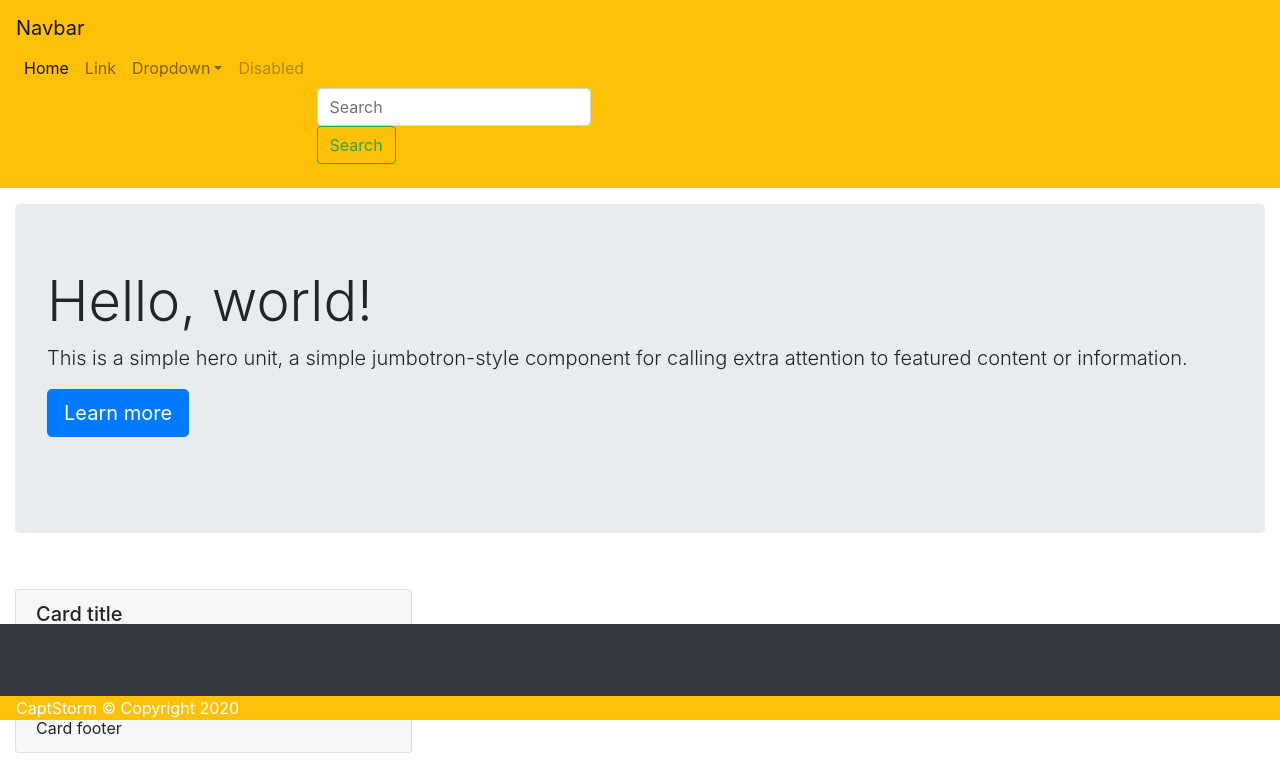
Repository: CaptainStorm21/complete-react16-bootstrap-passing-props
Page: /
The author's editor kept a copy of each file at every save. The page is drawn from the files as they stood at one save, then again after a run of saves.
The browser window is 1280 px wide. The pictures show the whole page.
The project was rebuilt for these pictures with package versions that can differ from the ones it lists, and the page was loaded fresh each time.

Above is the page before, as saved 2020-04-23 14:30:49.

After the next 2 saves:
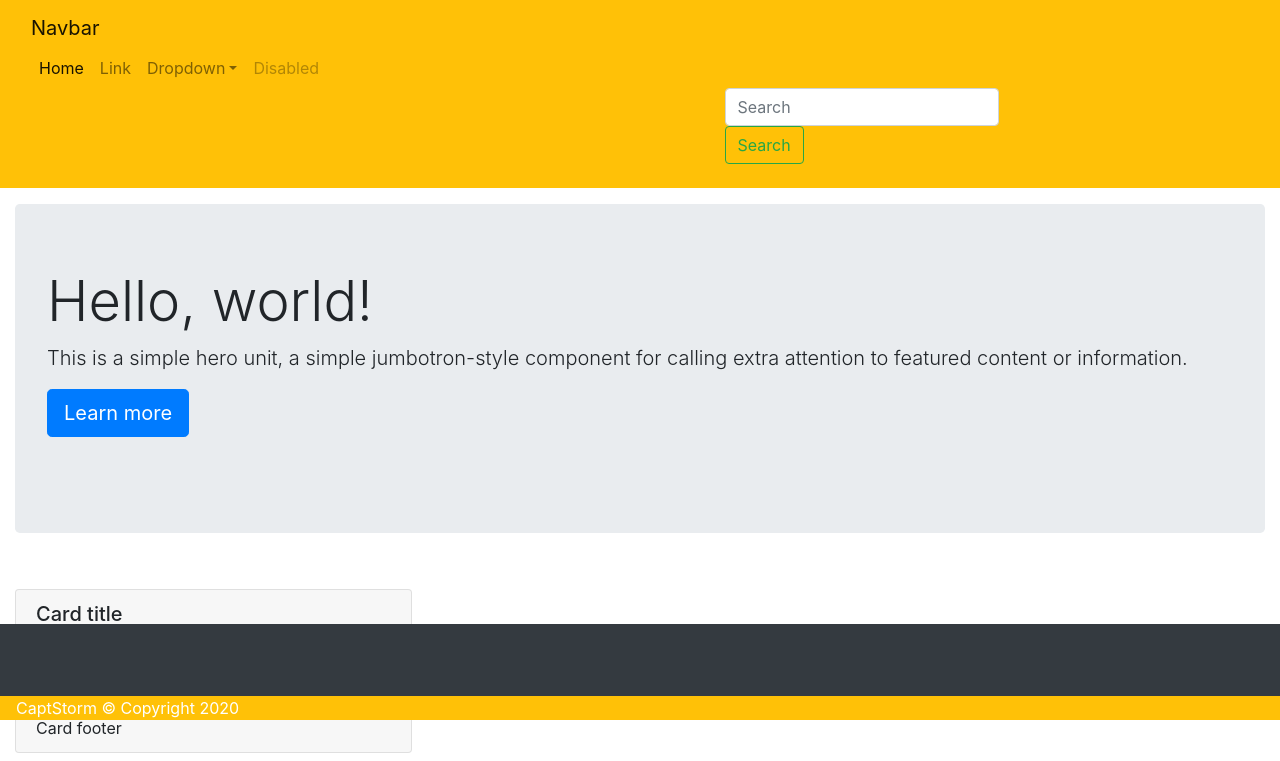
The 2 saves are shown as one change because they came seconds apart.
The last was saved 11 s later.
--- a/src/components/layout/Navbar.js
+++ b/src/components/layout/Navbar.js
@@ -4,7 +4,7 @@ import "./Nav.css";
 function Navbar() {
   return (
     <>
-              <div >
+              <div className = "col-9">
    <a className="navbar-brand" href="/">Navbar</a>
         <button className="navbar-toggler" type="button" data-toggle="collapse" data-target="#navbarSupportedContent" aria-controls="navbarSupportedContent" aria-expanded="false" aria-label="Toggle navigation">
           <span className="navbar-toggler-icon"></span>
